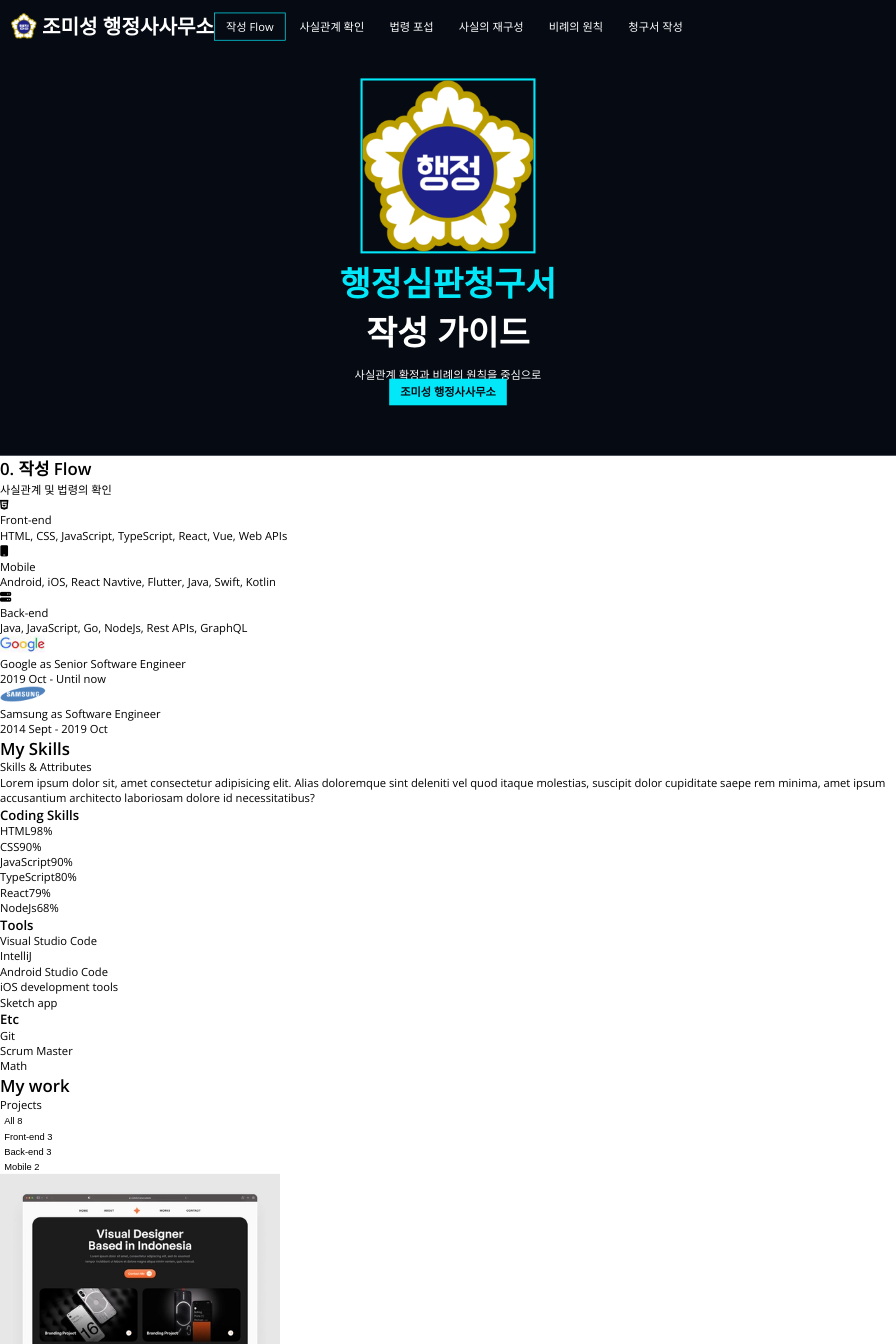
Repository: eggmoon/eggmoon_new
Page: index.html
An editor plug-in stored every save of this project. The page is shown before and after a run of saves, followed by the edit.
The browser window is 1280 px wide. The pictures show the part of the page from y = 0 to 1920 px (the page is 5654 px tall before and 5670 px after), at 70% of full size.
Some web libraries are served in a nearby version.

Above is the page before, as saved 2025-02-26 10:43:38.

### index.html
<!DOCTYPE html>
<html lang="en">
  <head>
    <meta charset="UTF-8" />
    <meta http-equiv="X-UA-Compatible" content="IE=edge" />
    <meta name="viewport" content="width=device-width, initial-scale=1.0" />
    <!-- SEO -->
    <title>행정심판청구서 작성 가이드</title>
    <meta
      name="description"
      content="Portfolio for world-renowned software
    engineer Ellie"
    />
    <meta name="author" content="MScho" />
    <link rel="shortcut icon" href="images/favicon.ico" type="image/x-icon" />
    <!-- OG (Open Graph Data) -->
    <meta property="og:title" content="행정정심판청구서 작성 가이드" />
    <meta property="og:type" content="website" />
    <meta property="og:url" content="https://eggmoon.github.io/eggmoon/"/>
    <meta property="og:image" content="배포후에 생성된 이미지 URL" />
    <!-- Google Fonts -->
    <link rel="preconnect" href="https://fonts.googleapis.com" />
    <link rel="preconnect" href="https://fonts.gstatic.com" crossorigin />
    <link
      href="https://fonts.googleapis.com/css2?family=Open+Sans:wght@400;600&display=swap"
      rel="stylesheet"
    />
    <!-- Font Awesome -->
    <script
      src="https://kit.fontawesome.com/9eb162ac0d.js"
      crossorigin="anonymous"
    ></script>
    <!-- CSS -->
    <link rel="stylesheet" href="css/style.css" />
    <!-- Javascript -->
    <script src="src/main.js" defer></script>
  </head>
  <body>
    <!-- Header -->
    <header class="header">
      <div class="header__logo">
        <img class="header__logo__img" src="images/favicon.ico" alt="logo" />
        <h1 class="header__logo__title"><a href="#">조미성 행정사사무소</a></h1>
      </div>
      <nav>
        <ul class="header__menu">
          <li><a class="header__menu__item active" href="#home">작성 Flow</a></li>
          <li><a class="header__menu__item" href="#about">사실관계 확인</a></li>
          <li><a class="header__menu__item" href="#skills">법령 포섭</a></li>
          <li><a class="header__menu__item" href="#work">사실의 재구성</a></li>
          <li><a class="header__menu__item" href="#testimonial">비례의 원칙</a></li>
          <li><a class="header__menu__item" href="#contact">청구서 작성</a></li>
        </ul>
      </nav>
    </header>
    <!-- Main -->
    <main>
      <!-- Home -->
      <section id="home">
        <img class="home__logo" src="images/favicon.ico" alt="Ellie's profile" />
        <h2 class="home__title"><strong class="home__title--strong">행정심판청구서</strong> <br> 작성 가이드</h2>
        <p class="home__description">사실관계 확정과 비례의 원칙을 중심으로</p>
        <a class="home__contact" href="#contact">조미성 행정사사무소</a>
      </section>
      <!-- About -->
      <section id="about">
        <h2>0. 작성 Flow</h2>
        <p>
          사실관계 및 법령의 확인
        </p>
        <ul>
          <li>
            <i class="fa-brands fa-html5"></i>
            <p>Front-end</p>
            <p>HTML, CSS, JavaScript, TypeScript, React, Vue, Web APIs</p>
          </li>
          <li>
            <i class="fa-solid fa-mobile"></i>
            <p>Mobile</p>
            <p>Android, iOS, React Navtive, Flutter, Java, Swift, Kotlin</p>
          </li>
          <li>
            <i class="fa-solid fa-server"></i>
            <p>Back-end</p>
            <p>Java, JavaScript, Go, NodeJs, Rest APIs, GraphQL</p>
          </li>
        </ul>
        <ul>
          <li>
            <img src="images/jobs/google.png" alt="google logo" />
            <div>
              <p>Google as Senior Software Engineer</p>
              <p>2019 Oct - Until now</p>
            </div>
          </li>
          <li>
            <img src="images/jobs/samsung.png" alt="samsung logo" />
            <div>
              <p>Samsung as Software Engineer</p>
              <p>2014 Sept - 2019 Oct</p>
            </div>
          </li>
        </ul>
      </section>
      <!-- Skills -->
      <section id="skills">
        <h2>My Skills</h2>
        <p>Skills & Attributes</p>
        <p>
          Lorem ipsum dolor sit, amet consectetur adipisicing elit. Alias
          doloremque sint deleniti vel quod itaque molestias, suscipit dolor
          cupiditate saepe rem minima, amet ipsum accusantium architecto
          laboriosam dolore id necessitatibus?
        </p>
        <div>
          <section>
            <h3>Coding Skills</h3>
            <ul>
              <li>
                <div><span>HTML</span><span>98%</span></div>
                <div><div style="width: 98%"></div></div>
              </li>
              <li>
                <div><span>CSS</span><span>90%</span></div>
                <div><div style="width: 90%"></div></div>
              </li>
              <li>
                <div><span>JavaScript</span><span>90%</span></div>
                <div><div style="width: 90%"></div></div>
              </li>
              <li>
                <div><span>TypeScript</span><span>80%</span></div>
                <div><div style="width: 80%"></div></div>
              </li>
              <li>
                <div><span>React</span><span>79%</span></div>
                <div><div style="width: 79%"></div></div>
              </li>
              <li>
                <div><span>NodeJs</span><span>68%</span></div>
                <div><div style="width: 68%"></div></div>
              </li>
            </ul>
          </section>
          <section>
            <h3>Tools</h3>
            <ul>
              <li>Visual Studio Code</li>
              <li>IntelliJ</li>
              <li>Android Studio Code</li>
              <li>iOS development tools</li>
              <li>Sketch app</li>
            </ul>
          </section>
          <section>
            <h3>Etc</h3>
            <ul>
              <li>Git</li>
              <li>Scrum Master</li>
              <li>Math</li>
            </ul>
          </section>
        </div>
      </section>
      <!-- Work -->
      <section id="work">
        <h2>My work</h2>
        <p>Projects</p>
        <ul>
          <li>
            <button>All <span>8</span></button>
          </li>
          <li>
            <button>Front-end <span>3</span></button>
          </li>
          <li>
            <button>Back-end <span>3</span></button>
          </li>
          <li>
            <button>Mobile <span>2</span></button>
          </li>
        </ul>
        <ul>
          <li>
            <a href="#" target="_blank">
              <img src="images/projects/project1.webp" alt="project1" />
              <div>
                <h3>Project #1</h3>
                <p>Clone Coding with HTML, CSS</p>
              </div>
            </a>
          </li>
          <li>
            <a href="#" target="_blank">
              <img src="images/projects/project2.webp" alt="project2" />
              <div>
                <h3>Project #2</h3>
                <p>Clone Coding with HTML, CSS</p>
              </div>
            </a>
          </li>
          <li>
            <a href="#" target="_blank">
              <img src="images/projects/project3.webp" alt="project3" />
              <div>
                <h3>Project #3</h3>
                <p>Clone Coding with HTML, CSS</p>
              </div>
            </a>
          </li>
          <li>
            <a href="#" target="_blank">
              <img src="images/projects/project4.webp" alt="project4" />
              <div>
                <h3>Project #4</h3>
                <p>Clone Coding with HTML, CSS</p>
              </div>
            </a>
          </li>
          <li>
            <a href="#" target="_blank">
              <img src="images/projects/project5.webp" alt="project5" />
              <div>
                <h3>Project #5</h3>
                <p>Clone Coding with HTML, CSS</p>
              </div>
            </a>
          </li>
          <li>
            <a href="#" target="_blank">
              <img src="images/projects/project6.webp" alt="project6" />
              <div>
                <h3>Project #6</h3>
                <p>Clone Coding with HTML, CSS</p>
              </div>
            </a>
          </li>
          <li>
            <a href="#" target="_blank">
              <img src="images/projects/project7.webp" alt="project7" />
              <div>
                <h3>Project #7</h3>
                <p>Clone Coding with HTML, CSS</p>
              </div>
            </a>
          </li>
          <li>
            <a href="#" target="_blank">
              <img src="images/projects/project8.webp" alt="project8" />
              <div>
                <h3>Project #8</h3>
                <p>Clone Coding with HTML, CSS</p>
              </div>
            </a>
          </li>
        </ul>
      </section>
      <!-- Testimonials -->
      <section id="testimonial">
        <h2>Testimonial</h2>
        <p>See what they say about me</p>
        <ul>
          <li>
            <img src="images/testimonials/people1.webp" alt="people1" />
            <div>
              <p>
                Lorem ipsum dolor sit amet, consectetur adipisicing elit. Rem ad
                iusto, ea alias, at sit libero laboriosam eaque eum, reiciendis
                obcaecati vitae non reprehenderit beatae officiis. Dolore
                corporis eveniet labore.
              </p>
              <p><a href="#">James Kim</a> /Google</p>
            </div>
          </li>
          <li>
            <img src="images/testimonials/people2.webp" alt="people2" />
            <div>
              <p>
                Lorem ipsum, dolor sit amet consectetur adipisicing elit. Iure
                adipisci quibusdam perspiciatis neque consequuntur nostrum
                quisquam dolore consequatur voluptatum animi laborum, sequi
                ipsum rerum voluptatibus sit ab similique quos velit?
              </p>
              <p><a href="#">Anna Jin</a> /Samsung</p>
            </div>
          </li>
          <li>
            <img src="images/testimonials/people3.webp" alt="people3" />
            <div>
              <p>
                Lorem ipsum dolor sit amet consectetur adipisicing elit.
                Perferendis, mollitia. Fugiat recusandae unde ducimus harum
                voluptas earum reiciendis expedita inventore quas ab eum
                dignissimos, maiores deleniti officiis qui, repudiandae
                voluptatibus?
              </p>
              <p><a href="#">Anna Jin</a> /Samsung</p>
            </div>
          </li>
        </ul>
      </section>
      <!-- Arrow up -->
      <aside>
        <a href="#home" title="back to top">
          <i class="fa-solid fa-arrow-up"></i>
        </a>
      </aside>
    </main>
    <!-- Footer -->
    <footer id="contact">
      <h2>Let&#39;s talk</h2>
      <p>dream.coder.ellie@gmail.com</p>
      <ul>
        <li>
          <a
            href="https://github.com/dream-ellie"
            target="_blank"
            title="my github link"
          >
            <i class="fa-brands fa-github"></i>
          </a>
        </li>
        <li>
          <a
            href="https://github.com/dream-ellie"
            target="_blank"
            title="my linkedin link"
          >
            <i class="fa-brands fa-linkedin"></i>
          </a>
        </li>
      </ul>
      <p>ⓒDream Coding Ellie - All rights reserved</p>
    </footer>
  </body>
</html>

### css/style.css
/* Global */
:root {
/* App Colors */
  --color-primary: var(--color-black);
  --color-primary-variant: var(--color-gray);
  --color-accent: var(--color-blue);
  --color-accent-variant: var(--color-orange);
  --color-text: var(--color-white);
  /* Colors */
  --color-white: #ffffff;
  --color-black: #050a13;
  --color-blue: #03e8f9;
  --color-orange: #fd6413;
  --color-gray: #1b1e26;
}
*{
  box-sizing: border-box;
}
body {
  font-family: 'Open Sans', sans-serif;
  margin: 0;
}
h1, h2, h3, p, ul {
  margin: 0;
}

ul {
  list-style: none;
  padding: 0;
}

a{
  text-decoration: none;
  color: var(--color-text);
}

button{
  background-color: transparent;
  outline: 0;
  border: 0;
}

button:focus {
  outline: 1px solid var(--color-blue);
}

.header{
  position: fixed;
  background-color: var(--color-black);
  top: 0;
  width: 100%;
  padding:1rem;
  display: flex;
  justify-content: space-betwe en;
  align-items: center;
}

.header__logo{
  display:flex;
  align-items: center;
  gap: 8px
}

.header__logo__img{
  width: 36px;
  height: 36px;
}

.header__logo__title {
  font-size: 1.8rem;
}

.header__menu{
  display:flex;
  gap: 4px;
}
.header__menu__item{
  padding: 8px 16px;
}
.header__menu__item:hover{
  border-bottom: 1px solid var(--color-accent);
}
.header__menu__item.active{
  border: 1px solid var(--color-accent);
}
/* Home */
#home{
  background-color: var(--color-primary);
  color: var(--color-text);
  padding: 5rem 1rem;
  padding-top: 7rem;
  text-align: center;
}
.home__logo{
 width: 250px;
 height: 250px;
 object-fit: cover;
 border: 3px solid var(--color-accent);
}
.home__title{
 font-size:3rem;
 margin-bottom: 1rem;

}
.home__title--strong{
  color: var(--color-accent);
}
.home__description{

}

.home__contact{
  height:
  display: inline-block;
  background-color: var(--color-accent);
  color: var(--color-black);
  padding: 0.5rem 1rem;
  font-weight: bold;
}

.home__contact:hover{
  background-color:transparent;
  border: 1px solid var(--color-accent);
  color: var(--color-text);
}

Loaded but not shown: src/main.js (no copy from this time; the picture is the same without it)

After the next 2 saves:
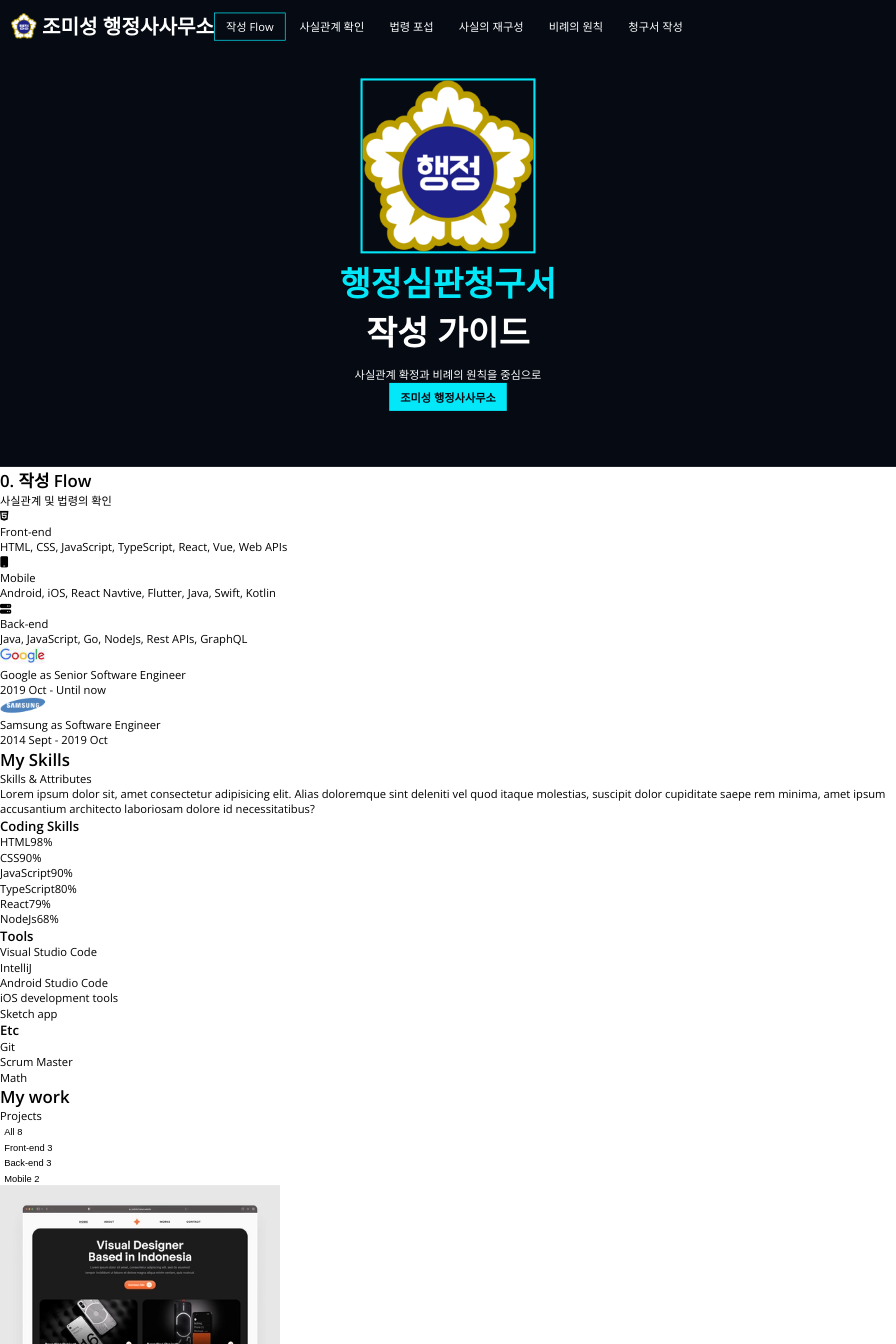
The 2 saves are shown as one change because they came seconds apart.
The last was saved 15 s later.
--- a/css/style.css
+++ b/css/style.css
@@ -110,7 +110,7 @@
 }
 
 .home__contact{
-  height:
+  /*  */
   display: inline-block;
   background-color: var(--color-accent);
   color: var(--color-black);

After the 2 saves that followed:
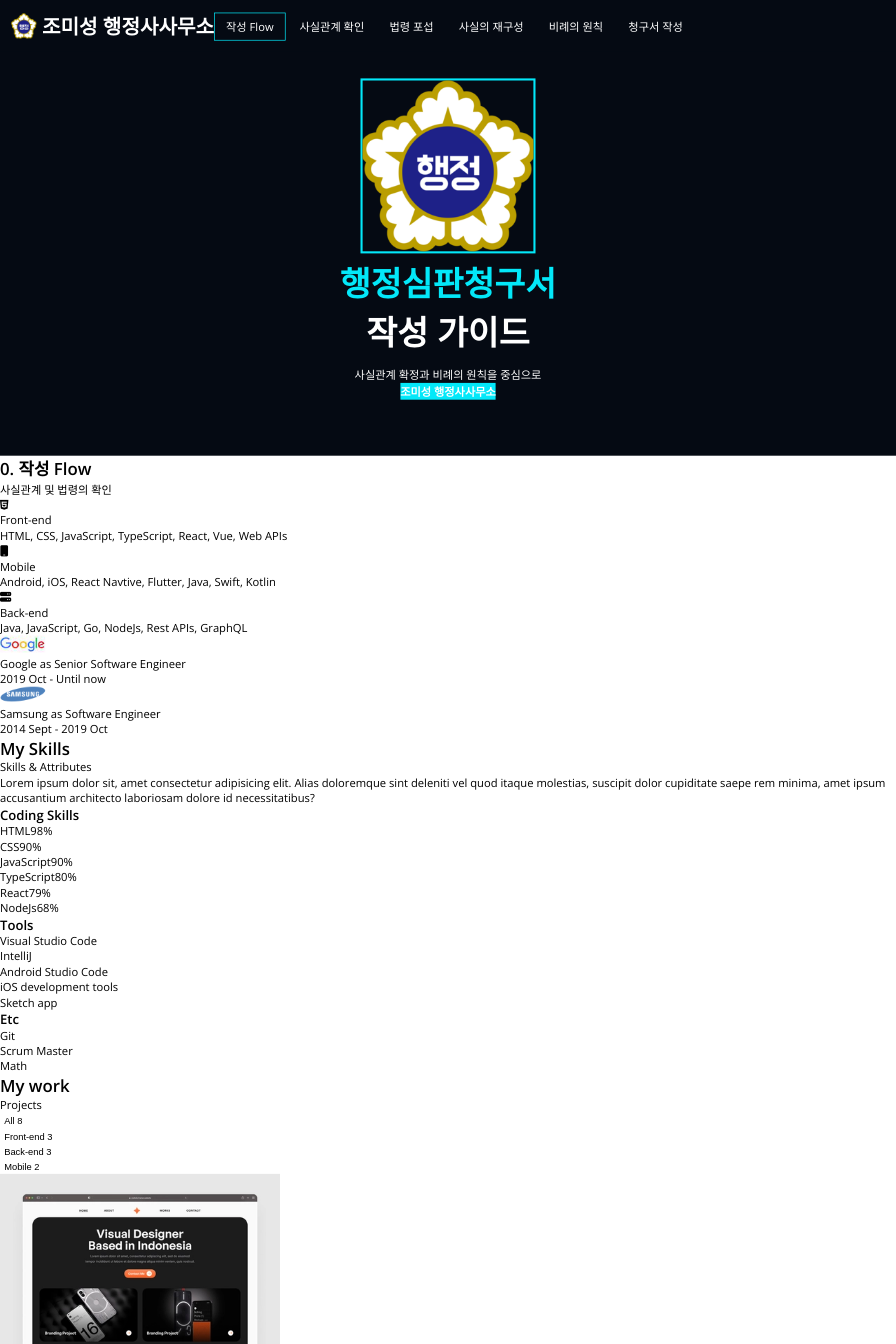
The 2 saves are shown as one change because 1 left the picture as it was.
The last was saved 21 s later.
--- a/css/style.css
+++ b/css/style.css
@@ -110,10 +110,10 @@
 }
 
 .home__contact{
-  /*  */
+  /* hover 밀림 현상 해결: width, height을 주거나 outline으로 해결함 */
   display: inline-block;
   background-color: var(--color-accent);
-  color: var(--color-black);
+  color: var(--color-black)함
   padding: 0.5rem 1rem;
   font-weight: bold;
 }
